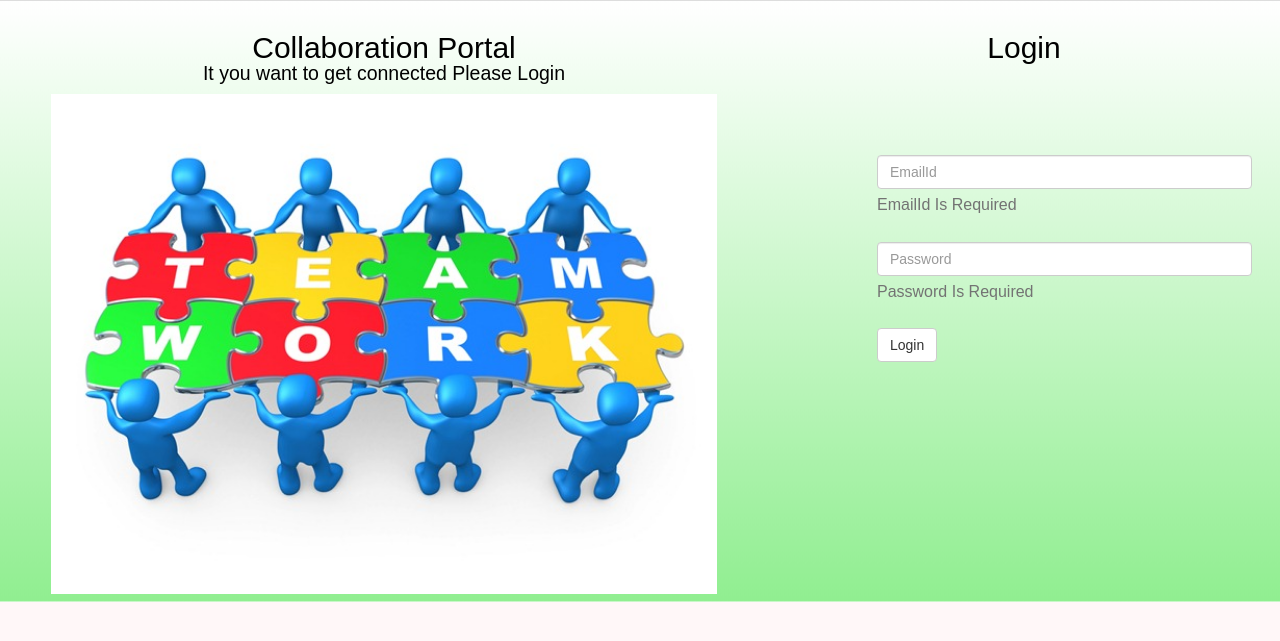
Repository: KaustubhKamat/CollaborationPlatform
Page: CollaborationFrontEnd/WebContent/c_user/login.html
An editor plug-in stored every save of this project. The page is shown before and after the next save, followed by the edit.
The browser window is 1280 px wide. The pictures show the whole page.
Some web libraries are served in a nearby version.

Above is the page before, as saved 2017-03-09 14:25:41.

After the next save:
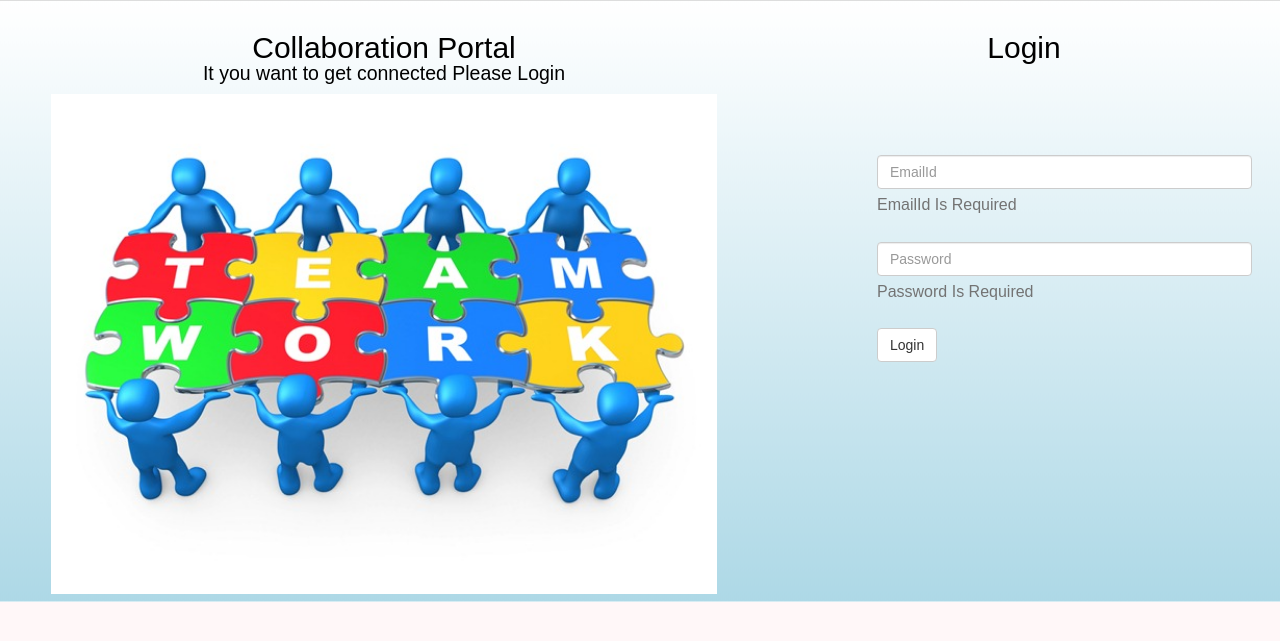
Saved 47 s later.
--- a/CollaborationFrontEnd/WebContent/c_user/login.html
+++ b/CollaborationFrontEnd/WebContent/c_user/login.html
@@ -57,7 +57,7 @@ h2 {
 
 
 
-<table class="table" style=" background: linear-gradient(white, lightgreen);">
+<table class="table" style=" background: linear-gradient(white, lightblue);">
 <tr>
 <td width="60%" valign="top" style="padding-top: 10px">
 <center> <h2 style="color:black;">Collaboration Portal <br><small style="color:black;">It you want to get connected Please Login</small> </h2></center>
